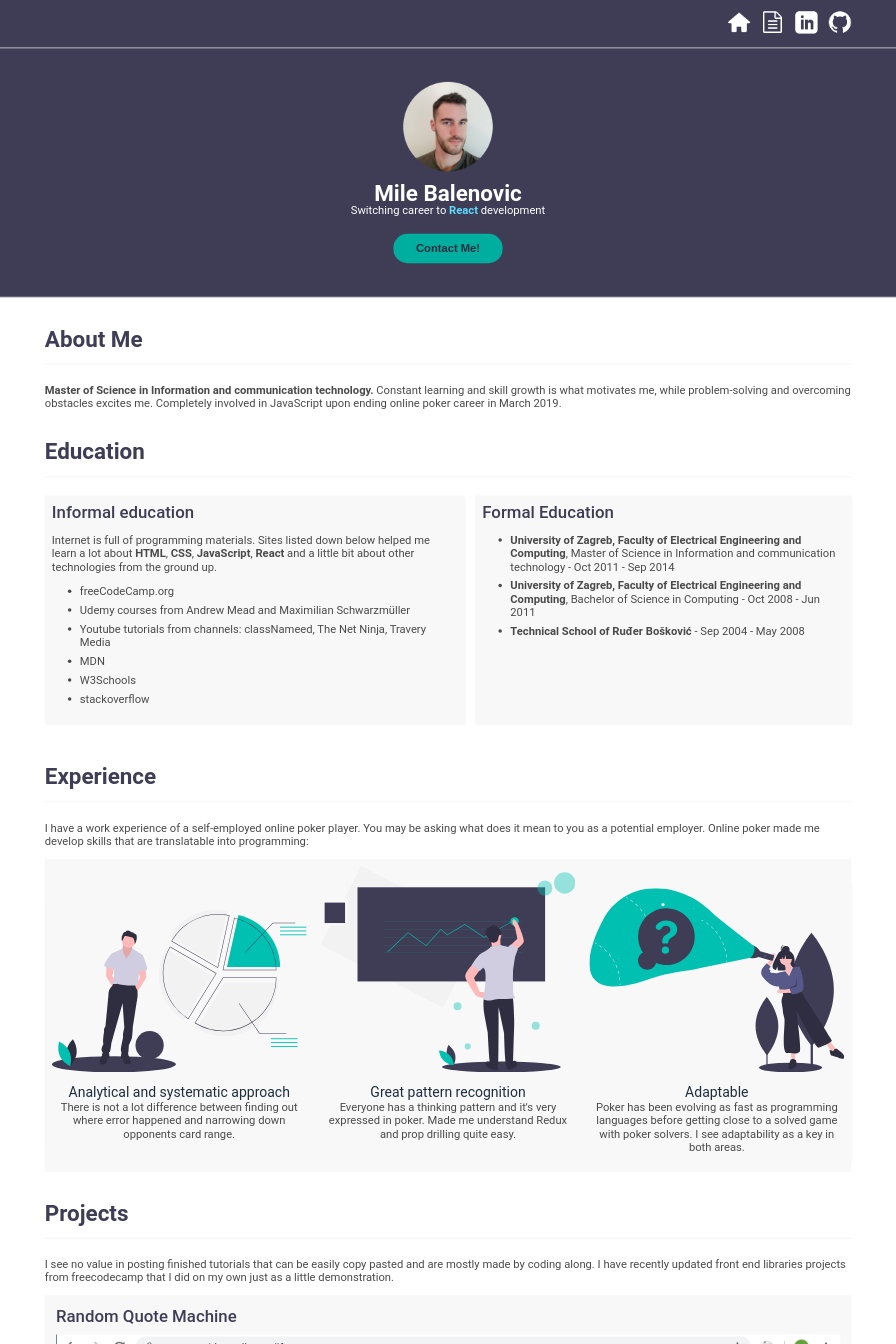
Repository: milac0/my-website
Page: /
The author's editor kept a copy of each file at every save. The page is drawn from the files as they stood at one save, then again after the next save.
The browser window is 1280 px wide. The pictures show the part of the page from y = 0 to 1920 px (the page is 6645 px tall), at 70% of full size.
The project was rebuilt for these pictures with package versions that can differ from the ones it lists, and the page was loaded fresh each time. Also part of the build but not shown: src/components/formContact.module.css, src/components/FormContact.js, src/pages/contact.module.css, src/pages/Contact.js. Imported but missing from the stored project, and not drawn on this page: src/resume.pdf.

Above is the page before, as saved 2019-10-24 21:31:45.

### public/index.html
<!DOCTYPE html>
<html lang="en">
  <head>
    <meta charset="utf-8" />
    <link rel="icon" href="%PUBLIC_URL%/favicon.ico" />
    <meta name="viewport" content="width=device-width, initial-scale=1" />
    <meta name="theme-color" content="#000000" />
    <meta
      name="description"
      content="Web site created using create-react-app"
    />
    <!--
      manifest.json provides metadata used when your web app is installed on a
      user's mobile device or desktop. See https://developers.google.com/web/fundamentals/web-app-manifest/
    -->
    <link rel="manifest" href="%PUBLIC_URL%/manifest.json" />
    <!--
      Notice the use of %PUBLIC_URL% in the tags above.
      It will be replaced with the URL of the `public` folder during the build.
      Only files inside the `public` folder can be referenced from the HTML.

      Unlike "/favicon.ico" or "favicon.ico", "%PUBLIC_URL%/favicon.ico" will
      work correctly both with client-side routing and a non-root public URL.
      Learn how to configure a non-root public URL by running `npm run build`.
    -->
    <title>Mile Balenovic</title>
  </head>
  <body>
    <noscript>You need to enable JavaScript to run this app.</noscript>
    <div id="root"></div>
    <!--
      This HTML file is a template.
      If you open it directly in the browser, you will see an empty page.

      You can add webfonts, meta tags, or analytics to this file.
      The build step will place the bundled scripts into the <body> tag.

      To begin the development, run `npm start` or `yarn start`.
      To create a production bundle, use `npm run build` or `yarn build`.
    -->
  </body>
</html>

### src/index.css
html, body {
  height: 100%;
}


body {
  margin: 0;
  font-family: 'Roboto', sans-serif;
  -webkit-font-smoothing: antialiased;
  -moz-osx-font-smoothing: grayscale;
}

/*****
  Navbar & Hero
*****/

header,
.hero {
  background:#3F3D56;
  border-bottom: 0.1px solid #ffffff;
  text-align: center;
}

.hero {
  margin-bottom: 2em;
}

.container {
  width: 90%;
  max-width: 1200px;
  margin: 0 auto;
}

nav li {
  list-style: none;
  max-width: 400px;
  margin: 0 auto;
  display: flex;
  justify-content: space-evenly;
  align-items: center;
}

.nav-item:hover {
  filter: invert(0.1);
}
nav ul {
  padding: 0;
}

.hero {
  margin-bottom: 2.5em;
}

.hero-profile {
  padding: 3em 0;
}

.hero-profile img {
  margin-bottom: 0.5em;
}

.hero-profile-title,
.hero-profile-subtitle {
  color: #ffffff;
}

.hero-profile h1 {
  margin: 0;
  font-size: 2rem;
}

.hero-profile p {
  font-size: 1rem;
  margin: 0;
  margin-top: -0.25rem;
  margin-bottom: 1.5em;
}

.hero-profile-subtitle strong {
  font-weight: 700;
  color: #61dafb;
}

.button-cta,
.button-home {
  background: #00AEA0;
  color: #1f2e3f;
  padding: 0.75em 2em;
  border: none;
  border-radius: 20px;
  font-size: 1rem;
  font-weight: 700;
  text-decoration: none;
}

.button-cta:hover,
.button-cta:focus {
  background: #00C1B1;
  color: #1f2e3f;
  cursor: pointer;
}

.button-home {
  background: #ffffff;
  border: 2px solid #1f2e3f;
  padding: 0.3em 1em;
}

.button-home:hover,
.button-home:focus {
  border: 2px solid #ffffff;
 filter: invert(0.1);
}


/*****
  Typography
*****/

h1 {
  color: #3F3D56;
}

h2 {
  color: #3F3D56;
  font-size: 1.5rem;
  font-weight: 500;
  margin: 0;
}

p,
ul {
  color: #4a4a4a;
}

.section-skill h2 {
  color: #1F2E3F;
  font-size: 1.25rem;
  font-weight: 400;
  margin: 0;
}

.section-body {
  font-size: 1rem;
  margin-bottom: 1em;
}

#section-cta .section-title,
#section-cta .section-body {
  color: #ffffff;

}

/*****
  Layout
*****/
section {
  margin-bottom: 2.5em;
}

.section-title {
  border-bottom: 2px solid #F8F8F9;
  font-size: 2rem;
  padding-bottom: 0.5em;
}

.article-education,
.section-skill {
  box-shadow: 2px 2px #F8F8F9;
  border: 2px solid #F8F8F9;
  margin-bottom: 1em;
  padding: 0.5em;
}

.article-education li{
  margin-bottom: 0.5em;
}

.section-skill {
  background: #F8F8F9;
  text-align: center;
}

.section-skill p {
  margin: 0;
}

.section-skill-image {
  display: block;
  margin: 0 auto 1em auto;
  height: 260px;
  width: 100%;
}

article {
  background: #F8F8F9;
  padding: 1em;
  margin-bottom: 1em;
}

article h2 {
  margin-bottom: 0.5em;
}

.project-image {
  display: block;
  width: 100%;
  cursor: pointer;
  border-left: 1px solid #19427A;
  border-bottom: 1px solid #19427A;
  border-radius: 0 0 0 5px;
}

.project-image:hover {
  filter: invert(0.1);
}


#section-cta {
  padding-bottom: 5em;
  background: #3F3D56;
}

#section-cta{
  text-align: center;
  padding: 0.5em;
}

#section-cta .button-cta {
  margin: 1em 0 2em 0;
}

footer {
  background: #F8F8F9;
  padding: 3em 0;
  width: 100%;
  text-align: center;
  flex-shrink: 0;
}

.invalid-feedback {
  color: #D8000C;
  font-size: 0.75rem;
  font-family: 'Roboto', sans-serif;
}

@media (min-width: 752px) {
  nav li {
    max-width: 100%;
    margin: 0 auto;
    display: flex;
    justify-content: flex-end;
    align-items: center;
  }

  nav ul {
    margin-left: 1em;
  }

  .articles-education {
    display: flex;
    flex-direction: row;
    justify-content: space-between;
  }

  .education-one {
    margin-right: 0.5em;
  }

  .education-two {
    margin-left: 0.5em;
  }

  .section-skills {
    background: #F8F8F9;
    display: flex;
    flex-direction: row;
    align-items: baseline;
  }
  .section-skill {
    flex: 1 1 300px;
      }

  .section-skill-image {
    height: auto;
    width: 100%;
  }
}

### src/App.js
import React from 'react';
import {
  BrowserRouter as Router,
  Switch,
  Route,
} from "react-router-dom";
import Home from './pages/Home'
import Contact from './pages/Contact';

function App() {
  return (
      <Router>
        <Switch>
        <Route path ="/" exact component={Home} />
        <Route path ="/contact" component={Contact} />
        </Switch>
      </Router>

  );
}

export default App;

### src/pages/Home.js
import React, { Fragment } from "react";
import Navbar from "../components/Navbar";
import Hero from "../components/Hero";
import AboutMe from "../components/AboutMe";
import Education from "../components/Education";
import Experience from "../components/Experience";
import Projects from "../components/Projects";
import SectionCTA from "../components/SectionCTA";
import Footer from "../components/Footer";

const Home = () => {
  return (
    <Fragment>
      <Navbar />
      <Hero />
      <main>
        <div className="container">
          <AboutMe />
          <Education />
          <Experience />
          <Projects />
          <SectionCTA />
        </div>
      </main>
      <Footer />
    </Fragment>
  );
};

export default Home;

### src/components/Navbar.js
import React from "react";
import { Link } from "react-router-dom";

import resumeIcon from "../images/resume.png";
import linkedinIcon from "../images/linkedin.png";
import githubIcon from "../images/github.png";
import homeIcon from "../images/home.png";
import resumePdf from "../resume.pdf";

//mui
import Tooltip from "@material-ui/core/Tooltip";

const Navbar = () => {
  return (
    <header>
      <div className="container">
        <nav>
          <li>
            <ul>
              <Tooltip title="Home">
                <Link to="/">
                  <img className="nav-item" src={homeIcon} alt="home" />
                </Link>
              </Tooltip>
            </ul>
            <ul>
              <Tooltip title="Resume">
                <a href={resumePdf} download target="_self">
                  <img className="nav-item" src={resumeIcon} alt="resume" />
                </a>
              </Tooltip>
            </ul>
            <ul>
              <Tooltip title="Linkedin">
                <a
                  href="https://www.linkedin.com/in/mile-balenovi%C4%87-a4ab9188/"
                  target="_blank"
                  rel="noopener noreferrer"
                >
                  <img className="nav-item" src={linkedinIcon} alt="linkedin" />
                </a>
              </Tooltip>
            </ul>
            <ul>
              <Tooltip title="Github">
                <a
                  href="https://github.com/milac0"
                  target="_blank"
                  rel="noopener noreferrer"
                >
                  <img className="nav-item" src={githubIcon} alt="github" />
                </a>
              </Tooltip>
            </ul>
          </li>
        </nav>
      </div>
    </header>
  );
};

export default Navbar;

### src/components/Hero.js
import React from "react";
import { Link } from "react-router-dom";
import LazyLoad from "react-lazyload";
import profileImg from "../images/profile.png";

const Hero = () => {
  return (
    <div className="hero">
      <div className="container">
        <div className="hero-profile">
          <img src={profileImg} className="hero-profile-image" alt="profile" />
          <h1 className="hero-profile-title">Mile Balenovic</h1>
          <p className="hero-profile-subtitle">
            Switching career to <strong>React</strong> development
          </p>
          <Link to="/contact">
            <button className="button-cta">Contact Me!</button>
          </Link>
        </div>
      </div>
    </div>
  );
};

export default Hero;

### src/components/AboutMe.js
import React from "react";

const AboutMe = () => {
  return (
    <section>
      <h1 className="section-title">About Me</h1>
      <p className="section-body">
        <strong>
          Master of Science in Information and communication technology.
        </strong>{" "}
        Constant learning and skill growth is what motivates me, while
        problem-solving and overcoming obstacles excites me. Completely involved
        in JavaScript upon ending online poker career in March 2019.
      </p>
    </section>
  );
};

export default AboutMe;

### src/components/Education.js
import React from "react";

const Education = () => {
  return (
    <section>
      <h1 className="section-title">Education</h1>
      <div className="articles-education">
      <article className="article-education education-one">
        <h2>Informal education</h2>
        <p>
          Internet is full of programming materials. Sites listed down below
          helped me learn a lot about
          <strong> HTML</strong>, <strong>CSS</strong>,{" "}
          <strong>JavaScript</strong>,<strong> React</strong> and a little bit
          about other technologies from the ground up.
        </p>
        <ul>
          <li>freeCodeCamp.org</li>
          <li>Udemy courses from Andrew Mead and Maximilian Schwarzmüller</li>
          <li>
            Youtube tutorials from channels: classNameed, The Net Ninja, Travery
            Media{" "}
          </li>
          <li>MDN</li>
          <li>W3Schools</li>
          <li>stackoverflow</li>
        </ul>
      </article>
      <article className="article-education education-two">
        <h2>Formal Education</h2>
        <ul>
          <li>
            <strong>
              University of Zagreb, Faculty of Electrical Engineering and
              Computing
            </strong>
            , Master of Science in Information and communication technology -
            Oct 2011 - Sep 2014
          </li>
          <li>
            <strong>
              University of Zagreb, Faculty of Electrical Engineering and
              Computing
            </strong>
            , Bachelor of Science in Computing - Oct 2008 - Jun 2011
          </li>
          <li>
            <strong>Technical School of Ruđer Bošković</strong> - Sep 2004 - May
            2008
          </li>
        </ul>
      </article>
      </div>
    </section>
  );
};

export default Education;

### src/components/Experience.js
import React from "react";
import LazyLoad from "react-lazyload";
import analyticalImg from "../images/analytical.svg";
import patternImg from "../images/pattern.svg";
import adaptiveImg from "../images/adaptive.svg";

const Experience = () => {
  return (
    <section>
      <h1 className="section-title">Experience</h1>
      <p className="section-body">
        I have a work experience of a self-employed online poker player. You may
        be asking what does it mean to you as a potential employer. Online poker
        made me develop skills that are translatable into programming:
      </p>
      <div className="section-skills">
      <div className="section-skill">
        <LazyLoad height={260}>
          <img
            className="section-skill-image"
            src={analyticalImg}
            alt="analytical"
          />
        </LazyLoad>
        <h2>Analytical and systematic approach</h2>
        <p>
          There is not a lot difference between finding out where error happened
          and narrowing down opponents card range.
        </p>
      </div>
      <div className="section-skill">
        <LazyLoad height={260}>
          <img className="section-skill-image" src={patternImg} alt="pattern" />
        </LazyLoad>
        <h2>Great pattern recognition</h2>
        <p>
          Everyone has a thinking pattern and it's very expressed in poker. Made
          me understand Redux and prop drilling quite easy.
        </p>
      </div>
      <div className="section-skill">
        <LazyLoad height={260}>
          <img className="section-skill-image" src={adaptiveImg} alt="" />
        </LazyLoad>
        <h2>Adaptable</h2>
        <p>
          Poker has been evolving as fast as programming languages before
          getting close to a solved game with poker solvers. I see adaptability
          as a key in both areas.
        </p>
      </div>
      </div>
    </section>
  );
};

export default Experience;

### src/components/Projects.js
import React from "react";
import LazyLoad from "react-lazyload";

import quoteImg from "../images/quote.PNG";
import markdownImg from "../images/markdown.PNG";
import pomodoroImg from "../images/pomodoro.PNG";
import drumImg from "../images/drum.PNG";

const Projects = () => {
  return (
    <section>
      <h1 className="section-title">Projects</h1>
      <p className="section-body">
        I see no value in posting finished tutorials that can be easily copy
        pasted and are mostly made by coding along. I have recently updated
        front end libraries projects from freecodecamp that I did on my own just
        as a little demonstration.
      </p>
      <article>
        <h2>Random Quote Machine</h2>
        <a
          href="https://quotemachine-milac.netlify.com/"
          target="_blank"
          rel="noopener noreferrer"
        >
          <LazyLoad>
            <img className="project-image" src={quoteImg} alt="quote-machine" />
          </LazyLoad>
        </a>
        <p>hooks, axios, material-ui, lodash</p>
      </article>
      <article>
        <h2>Markdown Previewer</h2>
        <a
          href="https://markdown-milac.netlify.com/"
          target="_blank"
          rel="noopener noreferrer"
        >
          <LazyLoad>
            <img
              className="project-image"
              src={markdownImg}
              alt="markdown-previewer"
            />
          </LazyLoad>
        </a>
        <p>nothing</p>
      </article>
      <article>
        <h2>Drum Machine</h2>
        <a
          href="https://drummachine-milac.netlify.com/"
          target="_blank"
          rel="noopener noreferrer"
        >
          <LazyLoad>
            <img className="project-image" src={drumImg} alt="drum-machine" />
          </LazyLoad>
        </a>
        <p>hooks, axios, material-ui</p>
      </article>
      <article>
        <h2>Pomodoro Clock</h2>
        <a
          href="https://pomodoro-clo.netlify.com/"
          target="_blank"
          rel="noopener noreferrer"
        >
          <LazyLoad>
            <img
              className="project-image"
              src={pomodoroImg}
              alt="pomodoro clock"
            />
          </LazyLoad>
        </a>
        <p>hooks, axios, material-ui</p>
      </article>
    </section>
  );
};

export default Projects;

### src/components/SectionCTA.js
import React from "react";
import { Link } from "react-router-dom";

const SectionCTA = () => {
  return (
    <section id="section-cta">
      <h1 className="section-title">Do you like what you've read?</h1>
      <p className="section-body">
        I have plenty more to learn and with the guidance of yours more experienced
        employees I'm sure I can contribute to your company in no time.
      </p>
      <Link to="/contact">
        <button className="button-cta">Contact Me!</button>
      </Link>
    </section>
  );
};

export default SectionCTA;

### src/components/Footer.js
import React from "react";

const Footer = () => {
  return (
    <footer>
      <p> Copyright 2019</p>
    </footer>
  );
};

export default Footer;

Loaded but not shown: src/index.js (common file)

After the next save:
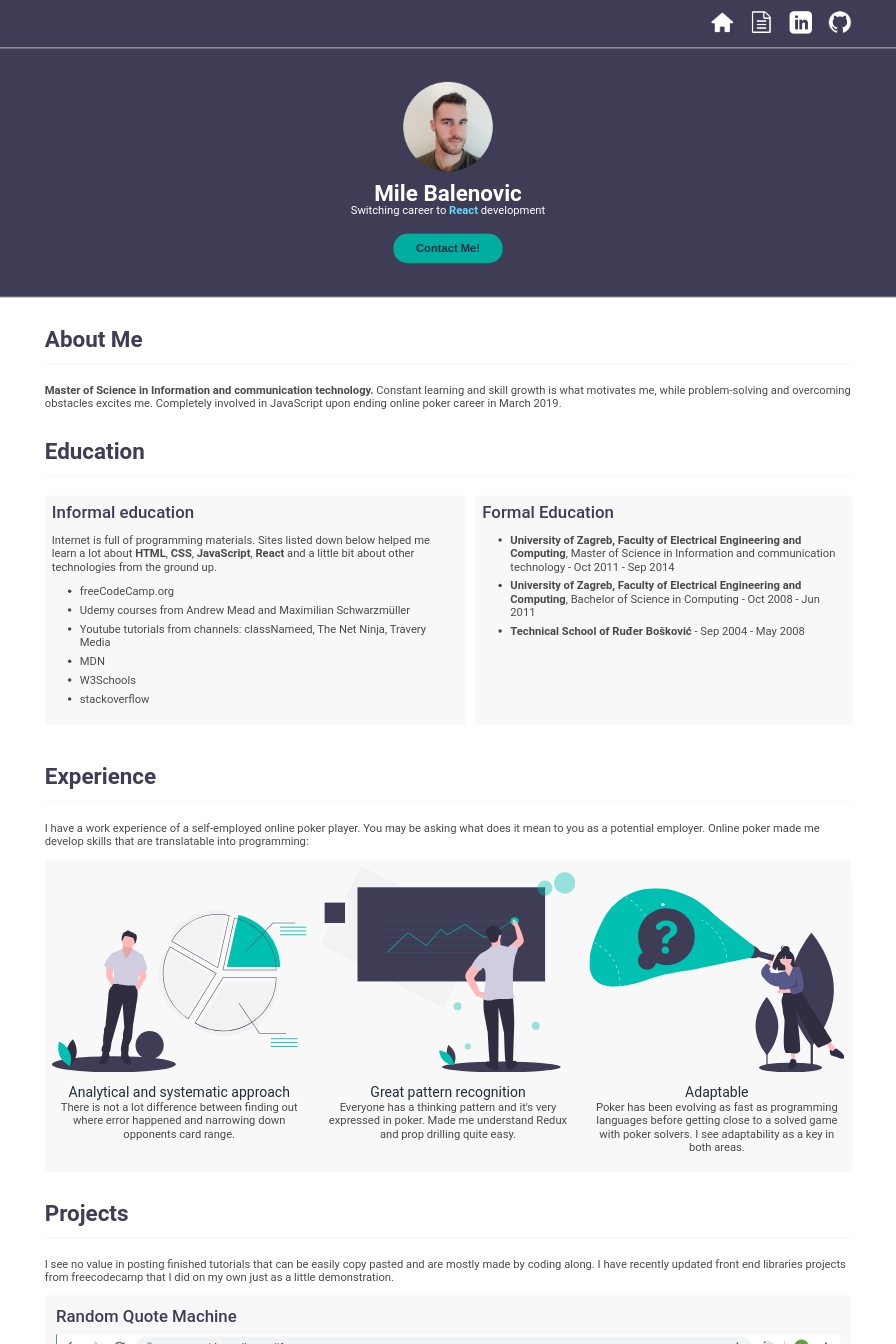
Saved 6 s later.
--- a/src/index.css
+++ b/src/index.css
@@ -254,7 +254,7 @@ footer {
   }
 
   nav ul {
-    margin-left: 1em;
+    margin-left: 1.5em;
   }
 
   .articles-education {
